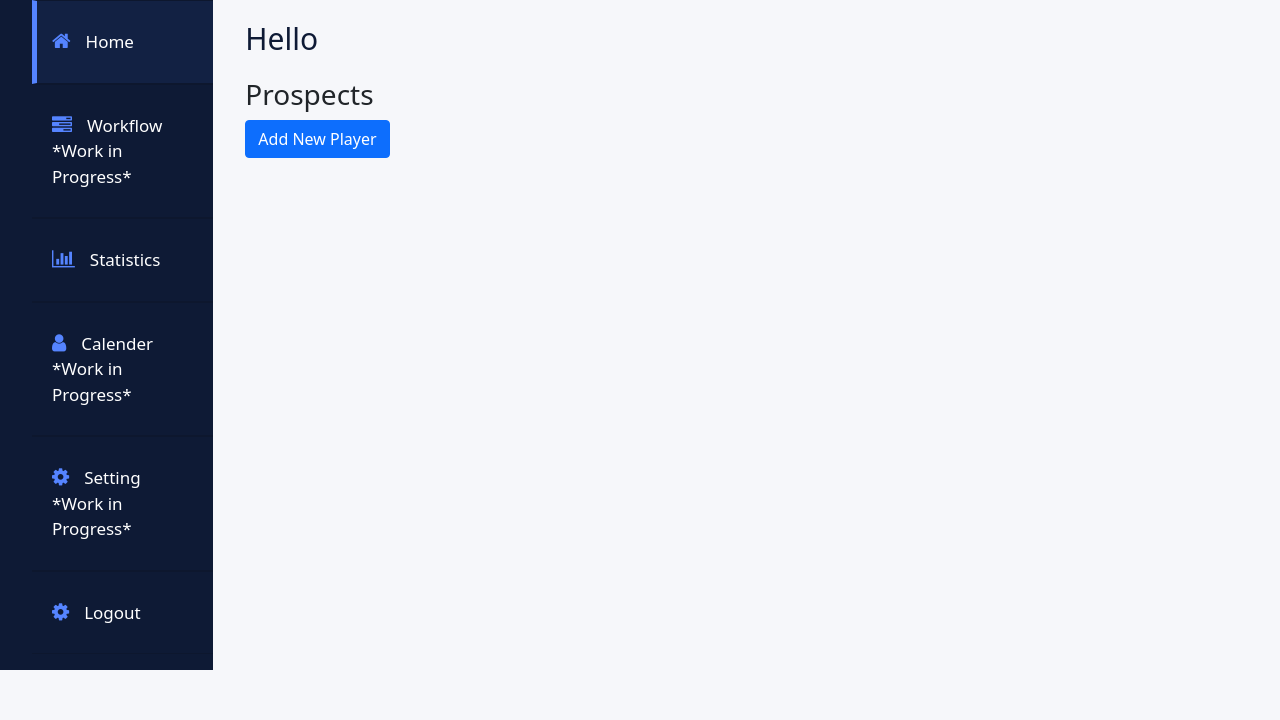
Repository: qfernandez/rangers-project
Page: http://localhost/main
The author's editor kept a record of every edit. The page is drawn from the files as they stood at one moment, then again after the next edit.
The browser window is 1280 px wide. The pictures show the whole page.
Some web libraries are served in a nearby version. The page is served by the project's Node server (app.js). Queries for data that is not in the repository find no rows.

Above is the page before.
Console error: ReferenceError: $ is not defined

### views/main.ejs
<%- include('partials/header.ejs') %>
                    <div class="user-dashboard">
                        <h1>Hello</h1>
                        <h3>Prospects</h3>
                            <div class="row">
                                <form action="/addPlayer">
                                    <button class="btn btn-primary"> Add New Player </button>
                                </form>

                                <!--Lists the players-->
                              <% playerList.forEach(function(player){  %>
                               <div class="col-lg-4 col-md-6 mb-4">
                                 <div class="card h-100">
                                  <div class="card-body">
                                    <h5 class="card-title">
                                        <img class='col-sm-4 portrait' src=<%=player.playerPicture%> />
                                        Name: <%= player.playerName %> <br>
                                        Position: <%= player.playerPosition %> <br>
                                        Age: <%= player.playerAge %> <br>
                                        <a class="btn btn-primary btn-sm" href="/playerView?name=<%= player.playerName %>">Info</a>
                                        <a class="btn btn-primary btn-sm" href="/edit?name=<%= player.playerName %>">Update</a>
                                        <a onclick="deleteConfirm()" class="btn btn-primary btn-sm" href="/deletePlayer?id=<%= player.playerId %>">Delete</a>
                                    </h5>
                                    </div>
                                  </div>
                               </div>
                               <!--<div class="offcanvas offcanvas-end" tabindex="-1" id="offcanvasRight" aria-labelledby="offcanvasRightLabel">-->
                               <!--     <div class="offcanvas-header">-->
                               <!--         <h5 id="offcanvas-title" id="offcanvasScrollingLabel"></h5><%= player.playerName %></h5><br>-->
                               <!--         <div class="offcanvas-body">-->
                               <!--             <img class='col-sm-10 portrait' src=<%=player.playerPicture%> /><br>-->
                               <!--             Position: <%= player.playerPosition %><br>-->
                               <!--             Age: <%= player.playerAge %> <br>-->
                               <!--             Height: <%= player.playerHeight %> <br>-->
                               <!--             Weight: <%= player.playerWeight %> <br>-->
                               <!--             Bats: <%= player.playerBats %> <br>-->
                               <!--             Throws: <%= player.playerThrows %> <br>-->
                               <!--             Grade: <%= player.playerGrade %> <br>-->
                               <!--             Notes: <%= player.playerNotes %> <br>-->
                               <!--         </div>-->
                               <!--     <button type="button" class="btn-close text-reset" data-bs-dismiss="offcanvas" aria-label="Close"></button>-->
                               <!--   </div>-->
                               <!-- </div>-->
                            <% }) %>
</body>
</html>

### views/partials/header.ejs
<!DOCTYPE html>
<html>
    <head>
        <title>Texas Rangers Project</title>
        <script type="text/javascript" src="functions/functions.js"></script>
        <script src="https://ajax.googleapis.com/ajax/libs/jquery/3.2.1/jquery.min.js"></script>
        <link rel="stylesheet" href="css/styles.css" type="text/css"/>
        <link href="https://cdn.jsdelivr.net/npm/bootstrap@5.1.3/dist/css/bootstrap.min.css" rel="stylesheet" integrity="sha384-1BmE4kWBq78iYhFldvKuhfTAU6auU8tT94WrHftjDbrCEXSU1oBoqyl2QvZ6jIW3" crossorigin="anonymous">
        <script src="https://cdn.jsdelivr.net/npm/@popperjs/core@2.10.2/dist/umd/popper.min.js" integrity="sha384-7+zCNj/IqJ95wo16oMtfsKbZ9ccEh31eOz1HGyDuCQ6wgnyJNSYdrPa03rtR1zdB" crossorigin="anonymous"></script>
        <script src="https://cdn.jsdelivr.net/npm/bootstrap@5.1.3/dist/js/bootstrap.min.js" integrity="sha384-QJHtvGhmr9XOIpI6YVutG+2QOK9T+ZnN4kzFN1RtK3zEFEIsxhlmWl5/YESvpZ13" crossorigin="anonymous"></script>
    </head>
    <link href="https://maxcdn.bootstrapcdn.com/font-awesome/4.6.3/css/font-awesome.min.css" rel="stylesheet" integrity="sha384-T8Gy5hrqNKT+hzMclPo118YTQO6cYprQmhrYwIiQ/3axmI1hQomh7Ud2hPOy8SP1" crossorigin="anonymous">

    <!--Deprecated Admin Page-->

    <body class="home">
        <div class="container-fluid display-table">
            <div class="row display-table-row">
                <!--SideBar-->
                <div class="col-md-2 col-sm-1 hidden-xs display-table-cell v-align box" id="navigation">
                    <div class="navi">
                        <ul>
                            <li class="active"><a href="/main"><i class="fa fa-home" aria-hidden="true"></i><span class="hidden-xs hidden-sm">Home</span></a></li>
                            <li><a href="/main"><i class="fa fa-tasks" aria-hidden="true"></i><span class="hidden-xs hidden-sm">Workflow *Work in Progress*</span></a></li>
                            <li><a href="#"><i class="fa fa-bar-chart" aria-hidden="true"></i><span class="hidden-xs hidden-sm">Statistics</span></a></li>
                            <li><a href="/calendar"><i class="fa fa-user" aria-hidden="true"></i><span class="hidden-xs hidden-sm">Calender *Work in Progress*</span></a></li>
                            <li><a href="#"><i class="fa fa-cog" aria-hidden="true"></i><span class="hidden-xs hidden-sm">Setting *Work in Progress*</span></a></li>
                            <li><a href="#"><i class="fa fa-cog" aria-hidden="true"></i><span class="hidden-xs hidden-sm">Logout</span></a></li>
                        </ul>
                    </div>
                </div>
                <div class="col-md-10 col-sm-11 display-table-cell v-align">

                    <!--Not Using these functions at the moment-->

                    <!--<button type="button" class="slide-toggle">Slide Toggle</button> -->
                    <!--<div class="row">-->
                    <!--    <header>-->
                    <!--        <div class="col-md-7">-->
                                <!--<nav class="navbar-default pull-left">-->
                                    <!--<div class="navbar-header">-->
                                    <!--    <button type="button" class="navbar-toggle collapsed" data-toggle="offcanvas" data-target="#side-menu" aria-expanded="false">-->
                                    <!--        <span class="sr-only">Toggle navigation</span>-->
                                    <!--        <span class="icon-bar"></span>-->
                                    <!--        <span class="icon-bar"></span>-->
                                    <!--        <span class="icon-bar"></span>-->
                                    <!--    </button>-->
                                    <!--</div>-->
                                <!--</nav>-->
                                <!--<div class="search hidden-xs hidden-sm">-->
                                <!--    <input type="text" placeholder="Search" id="search">-->
                                <!--</div>-->
                    <!--        </div>-->
                    <!--        <div class="col-md-5">-->
                    <!--            <div class="header-rightside">-->
                    <!--                <ul class="list-inline header-top pull-right">-->
                    <!--                    <li><a href="#"><i class="fa fa-envelope" aria-hidden="true"></i></a></li>-->
                    <!--                    <li class="dropdown">-->
                    <!--                        <ul class="dropdown-menu">-->
                    <!--                            <li>-->
                    <!--                                <div class="navbar-content">-->
                    <!--                                    <p class="text-muted small">-->
                    <!--                                    </p>-->
                    <!--                                    <div class="divider">-->
                    <!--                                    </div>-->
                    <!--                                    <a href="#" class="view btn-sm active">View Profile</a>-->
                    <!--                                </div>-->
                    <!--                            </li>-->
                    <!--                        </ul>-->
                    <!--                    </li>-->
                    <!--                </ul>-->
                    <!--            </div>-->
                    <!--        </div>-->
                    <!--    </header>-->
                    <!--</div>-->

Loaded but not shown: public/functions/functions.js (360 lines, source omitted); app.js (264 lines, source omitted); public/css/styles.css (1175 lines, source omitted)

After the next edit:
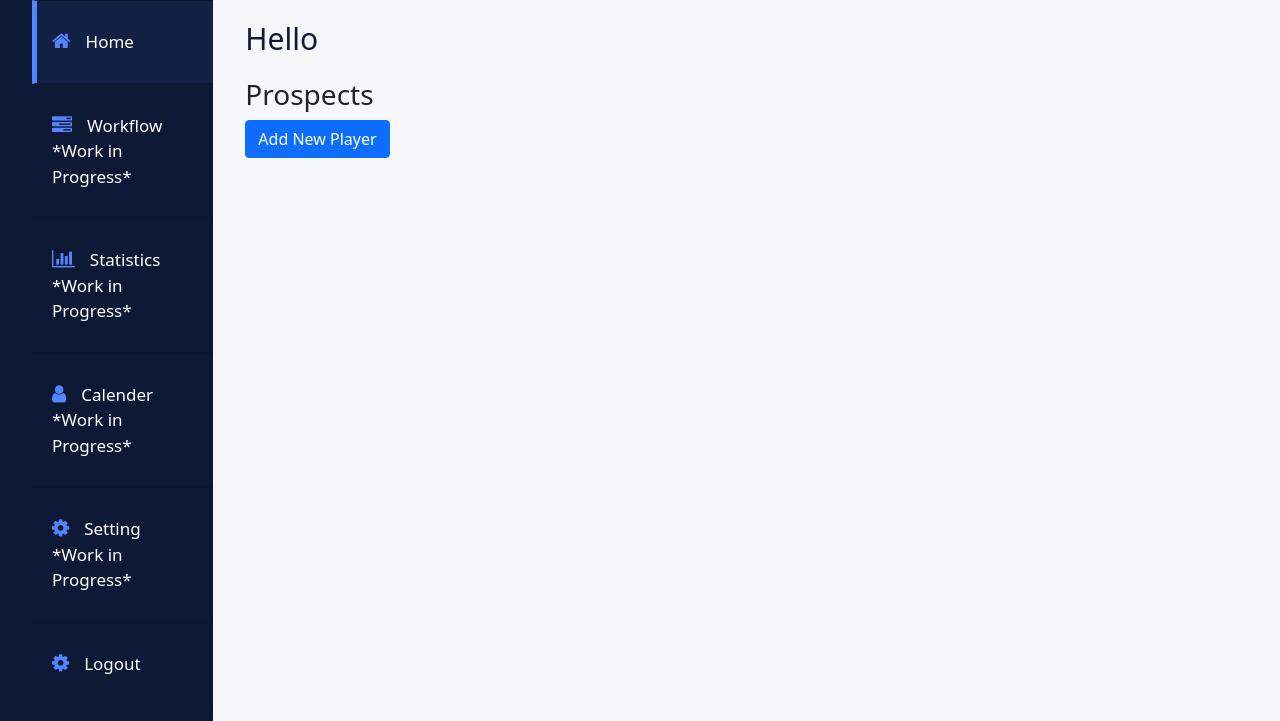
The edit:
--- a/views/partials/header.ejs
+++ b/views/partials/header.ejs
@@ -22,7 +22,7 @@
                         <ul>
                             <li class="active"><a href="/main"><i class="fa fa-home" aria-hidden="true"></i><span class="hidden-xs hidden-sm">Home</span></a></li>
                             <li><a href="/main"><i class="fa fa-tasks" aria-hidden="true"></i><span class="hidden-xs hidden-sm">Workflow *Work in Progress*</span></a></li>
-                            <li><a href="#"><i class="fa fa-bar-chart" aria-hidden="true"></i><span class="hidden-xs hidden-sm">Statistics</span></a></li>
+                            <li><a href="#"><i class="fa fa-bar-chart" aria-hidden="true"></i><span class="hidden-xs hidden-sm">Statistics *Work in Progress*</span></a></li>
                             <li><a href="/calendar"><i class="fa fa-user" aria-hidden="true"></i><span class="hidden-xs hidden-sm">Calender *Work in Progress*</span></a></li>
                             <li><a href="#"><i class="fa fa-cog" aria-hidden="true"></i><span class="hidden-xs hidden-sm">Setting *Work in Progress*</span></a></li>
                             <li><a href="#"><i class="fa fa-cog" aria-hidden="true"></i><span class="hidden-xs hidden-sm">Logout</span></a></li>
